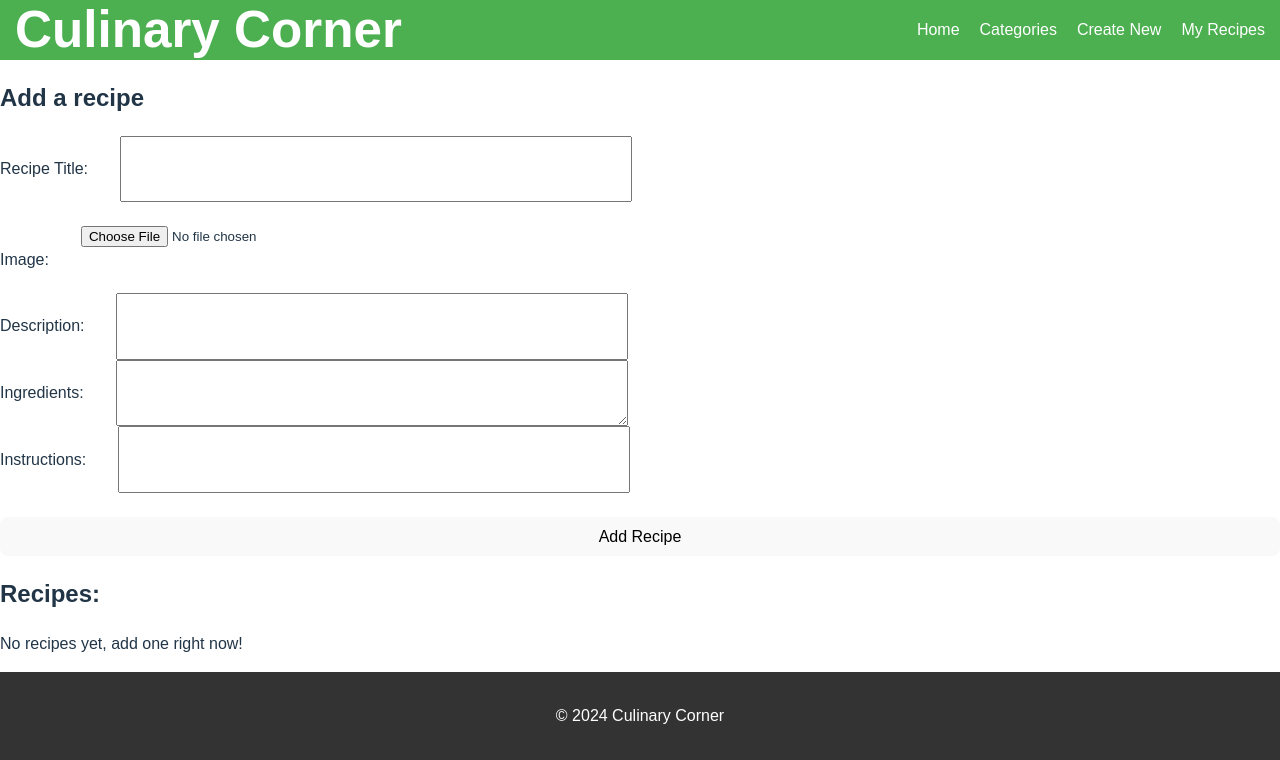
Repository: danielder10/Mon-Jumi-Daniel-FrontEnd-Project
Page: /add-new-recipe
These files come from the project's save history. The page is drawn as it stood at one moment and after the next save; the edit follows.
The browser window is 1280 px wide. The pictures show the whole page.
The project was rebuilt for these pictures with package versions that can differ from the ones it lists, and the page was loaded fresh each time. Also part of the build but not shown: vite.config.js, src/Home.jsx, src/Categories.jsx, src/MyRecipes.jsx, src/RecipesDetails.jsx.

Above is the page before, as saved 2024-11-16 01:19:17.

### src/App.jsx
import React, { useState } from 'react';
import { BrowserRouter as Router, Routes, Route } from 'react-router-dom';
import Header from './Header';
import Home, { recipes } from './Home';
import Categories from './Categories';
import MyRecipes from './MyRecipes';
import Footer from './Footer';
import './App.css';
import RecipesDetails from './RecipesDetails';
import AddNewRecipe from './AddNewRecipe';

function App() {
  const [myRecipes, setMyRecipes] = useState([]);

  const addRecipeToMyRecipes = (recipe) => {
    setMyRecipes((prevRecipes) => [...prevRecipes, recipe]);
  };

  const removeRecipeFromMyRecipes = (index) => {
    setMyRecipes((prevRecipes) => prevRecipes.filter((_, i) => i !== index));
  };

  return (
    <Router>
      <div className="App">
        <Header />
        <Routes>
          <Route path="/" element={<Home addRecipeToMyRecipes={addRecipeToMyRecipes} />} />
          <Route path="/categories" element={<Categories />} />
          <Route
            path="/my-recipes"
            element={<MyRecipes myRecipes={myRecipes} removeRecipeFromMyRecipes={removeRecipeFromMyRecipes} />}
          />
          <Route path="/recipe/:id" element={<RecipesDetails recipes={recipes} />} />
          <Route path="/add-new-recipe" element={<AddNewRecipe />} />
        </Routes>
        <Footer />
      </div>
    </Router>
  );
}

export default App;

### src/Header.jsx
import React from 'react';
import { Link } from 'react-router-dom';

function Header() {
  return (
    <header className="header">
      <h1 className="logo">Culinary Corner</h1>
      <nav>
        <ul className="nav-list">
          <li className="nav-item"><Link to="/">Home</Link></li>
          <li className="nav-item"><Link to="/categories">Categories</Link></li>
          <li className="nav-item"><Link to="/add-new-recipe">Create New</Link></li>
          <li className="nav-item"><Link to="/my-recipes">My Recipes</Link></li>
        </ul>
      </nav>
    </header>
  );
}

export default Header;

### src/Footer.jsx
import React from 'react';

function Footer() {
  return (
    <footer>
      <p>&copy; 2024 Culinary Corner</p>
    </footer>
  );
}

export default Footer;

### src/App.css
* {
  box-sizing: border-box;
}

body {
  margin: 0;
  font-family: Arial, sans-serif;
}

.App {
  display: flex;
  flex-direction: column;
  height: 100vh;
  width: 100vw;

}

.header {
  background-color: #4CAF50;
  color: white;
  padding: 15px;
  display: flex;
  justify-content: space-between;
  align-items: center;
  min-height: 60px;
  z-index: 10;
}

.logo {
  margin: 0;
}

.nav-list {
  list-style-type: none;
  margin: 0;
  padding: 0;
  display: flex;
}

.nav-item {
  margin-left: 20px;
}

.nav-item a {
  color: white;
  text-decoration: none;
  transition: color 0.3s;
}

.nav-item a:hover {
  color: #FFC107;
}

.recipe-list {
  display: flex;
  flex-wrap: wrap;
}

.recipe-item {
  margin: 1rem;
  padding: 1rem;
  border: 1px solid #ddd;
}

footer {
  background-color: #333;
  color: white;
  text-align: center;
  padding: 1rem;
  position: relative;
  width: 100%;
  bottom: 0;
}

.btn-forward {
  background-color: purple;
}

.card-btn {
  display: flex;
  gap: 4rem;
}

/****** Add new recipe ******/
.add-recipe-form {
  display: flex;
  flex-direction: column;
  flex-wrap: wrap;
}

.input-field {
  display: flex;
  flex-direction: row;
  align-items: center;

  gap: 2em;
}

.input-field input, textarea {
  width: 40%;
  height: 5em;
}

### src/AddNewRecipe.jsx
import React from 'react';
import { useState } from 'react';
import AddRecipeForm from './components/AddRecipeForm';
import './App.css';

export default function AddNewRecipe() {
    const [recipes, setRecipes] = useState([]);

    const handleAddRecipe = (newRecipe) => {
        setRecipes([...recipes, newRecipe]);
    };

  return (
    <>
        <div>
            <AddRecipeForm onAddRecipe={handleAddRecipe} />
            <div>
                <h2>Recipes:</h2>
                {recipes.length === 0 ? (
                    <p>No recipes yet, add one right now!</p>
                ) : (
                    recipes.map((recipe, index) => (
                        <div key={index} className="add-recipe-container">
                            <h3>{recipe.title}</h3>
                            <img
                                src={URL.createObjectURL(recipe.img)}
                                alt={recipe.title}
                                style={{ width: "150px", height: "150px", objectFit: "cover" }}
                            />
                            <p><strong>Description:</strong> {recipe.description}</p>
                            <p><strong>Ingredients:</strong> {recipe.ingredients}</p>
                            <p><strong>Instructions:</strong> {recipe.instruction}</p>
                        </div>
                    ))
                )}
            </div>
        </div>
    </>
  );
};

### src/components/AddRecipeForm.jsx
import { useState } from "react";
import '../App.css';

export default function AddRecipeForm( {onAddRecipe} ) {
    // form input state
    const [title, setTitle] = useState();
    const [img, setImg] = useState();
    const [description, setDescription] = useState();
    const [ingredients, setIngredients] = useState();
    const [instruction, setInstruction] = useState();

    // submit handler
    const handleSubmit = (e) => {
        e.preventDefault(); // prevent page refresh

        if (!title || !ingredients || !instruction || !description) {
            alert("All fields except image are required");
            return;
        }

        // create new recipe object
        const newRecipe = {title, img, description, ingredients, instruction};

        // send new recipe
        onAddRecipe(newRecipe);

        setTitle("");
        setImg(null);
        setDescription("");
        setIngredients("");
        setInstruction("")
    };

    return (
        <>
            <form onSubmit={handleSubmit} className="add-recipe-form">
                <h2>Add a recipe</h2>
                <label className="input-field">
                    Recipe Title:
                    <input
                        type="text"
                        value={title}
                        onChange={(e) => setTitle(e.target.value)}
                        required
                    />
                </label>
                <br/>
                <label className="input-field">
                    Image:
                    <input
                        type="file"
                        onChange={(e) => setImg(e.target.files[0])}
                        accept="image/*"
                    />
                </label>
                <label className="input-field">
                    Description:
                    <input
                        type="text"
                        value={description}
                        onChange={(e) => setDescription(e.target.value)}
                        required
                    />
                </label>
                <label className="input-field">
                    Ingredients:
                    <textarea
                        value={ingredients}
                        onChange={(e) => setIngredients(e.target.value)}
                        required
                    />
                </label>
                <label className="input-field">
                    Instructions:
                    <input
                        value={instruction}
                        onChange={(e) => setInstruction(e.target.value)}
                        required
                    />
                </label>
                <br/>
                <button type="submit">Add Recipe</button>
            </form>
        </>
    )
}

Loaded but not shown: index.html (common file); src/main.jsx (common file); src/index.css (common file)

After the next save:
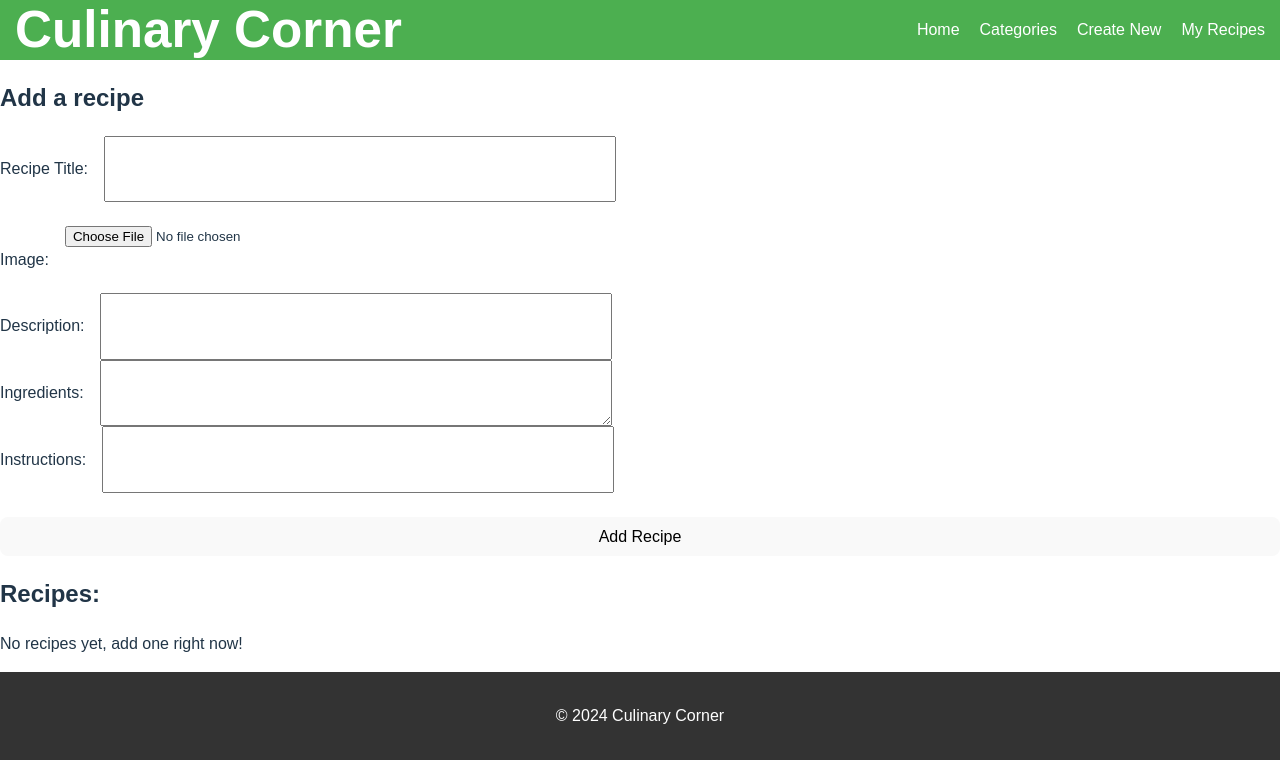
Saved 4 s later.
--- a/src/App.css
+++ b/src/App.css
@@ -93,7 +93,7 @@ footer {
   flex-direction: row;
   align-items: center;
 
-  gap: 2em;
+  gap: 1em;
 }
 
 .input-field input, textarea {
